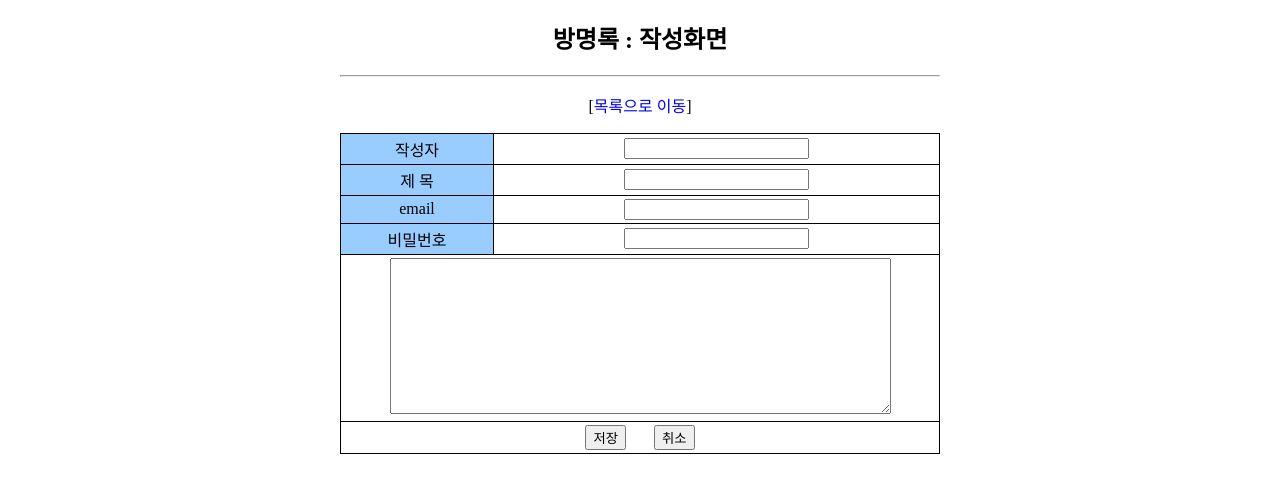
Repository: hagjun/jspstudy
Page: http://localhost/01_servlet/guestbook/mypage.jsp
An editor plug-in stored every save of this project. The page is shown before and after the next save, followed by the edit.
The browser window is 1280 px wide. The pictures show the whole page.
The page is served by Tomcat 9.

Above is the page before, as saved 2024-03-08 07:57:49.

After the next save:
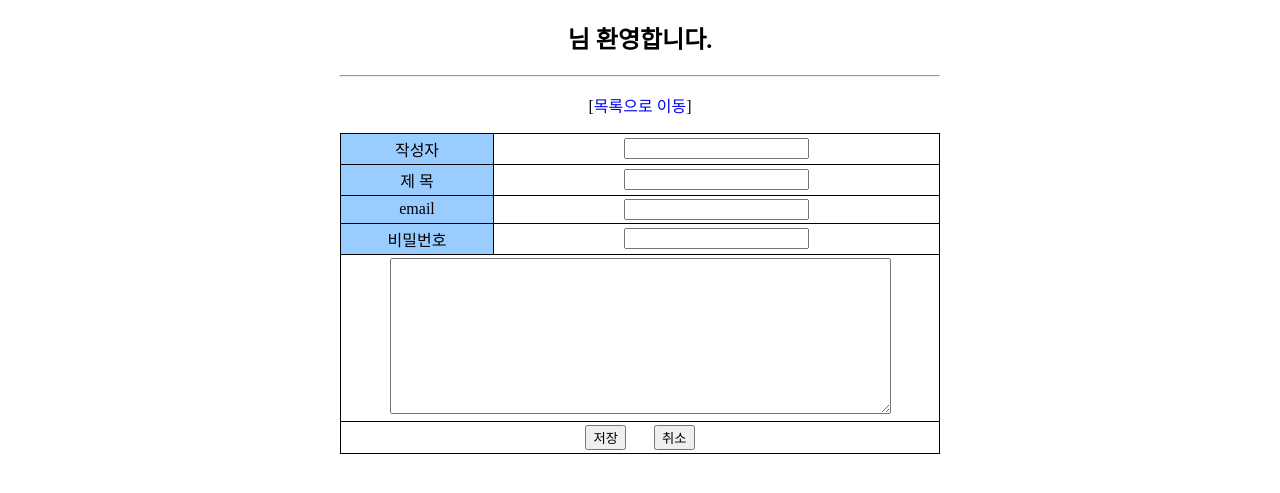
Saved 3 min 56 s later.
--- a/01_servlet/src/main/webapp/guestbook/mypage.jsp
+++ b/01_servlet/src/main/webapp/guestbook/mypage.jsp
@@ -23,7 +23,7 @@
 </head>
 <body>
 	<div>
-		<h2>방명록 : 작성화면</h2>
+		<h2>${name} 님 환영합니다.</h2>
 		<hr />
 		<p>[<a href="/01_servlet/Guest?cmd=list">목록으로 이동</a>]</p>
 		<form method="post">
